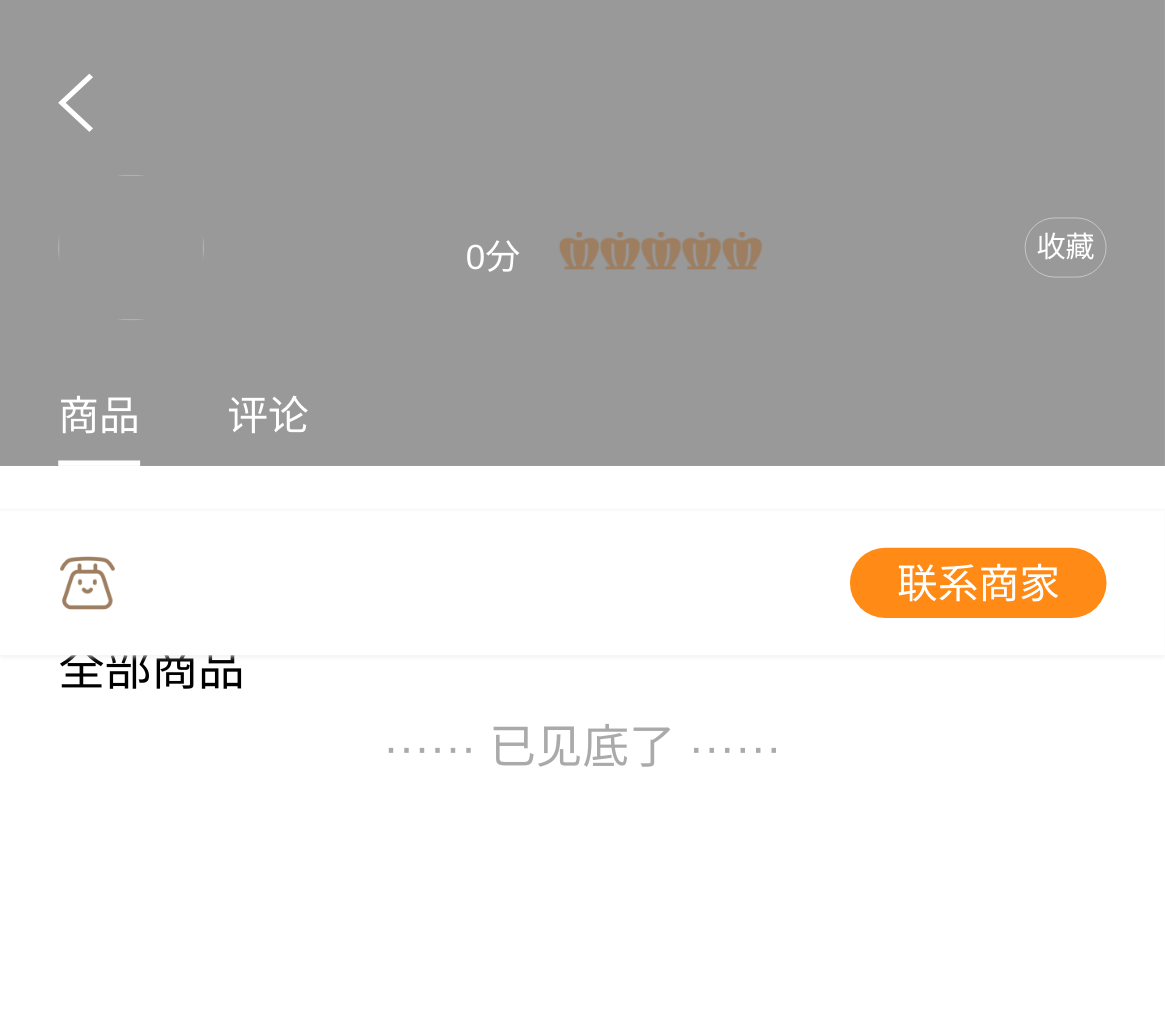
Repository: missing-star/rockBridge
Page: shop-detail.html
An editor plug-in stored every save of this project. The page is shown before and after the next save, followed by the edit.
The browser window is 1280 px wide. The pictures show the whole page, at 91% of full size.
The page's requests for data from a server got no answer.

Above is the page before, as saved 2019-05-23 15:34:50.

After the next save:
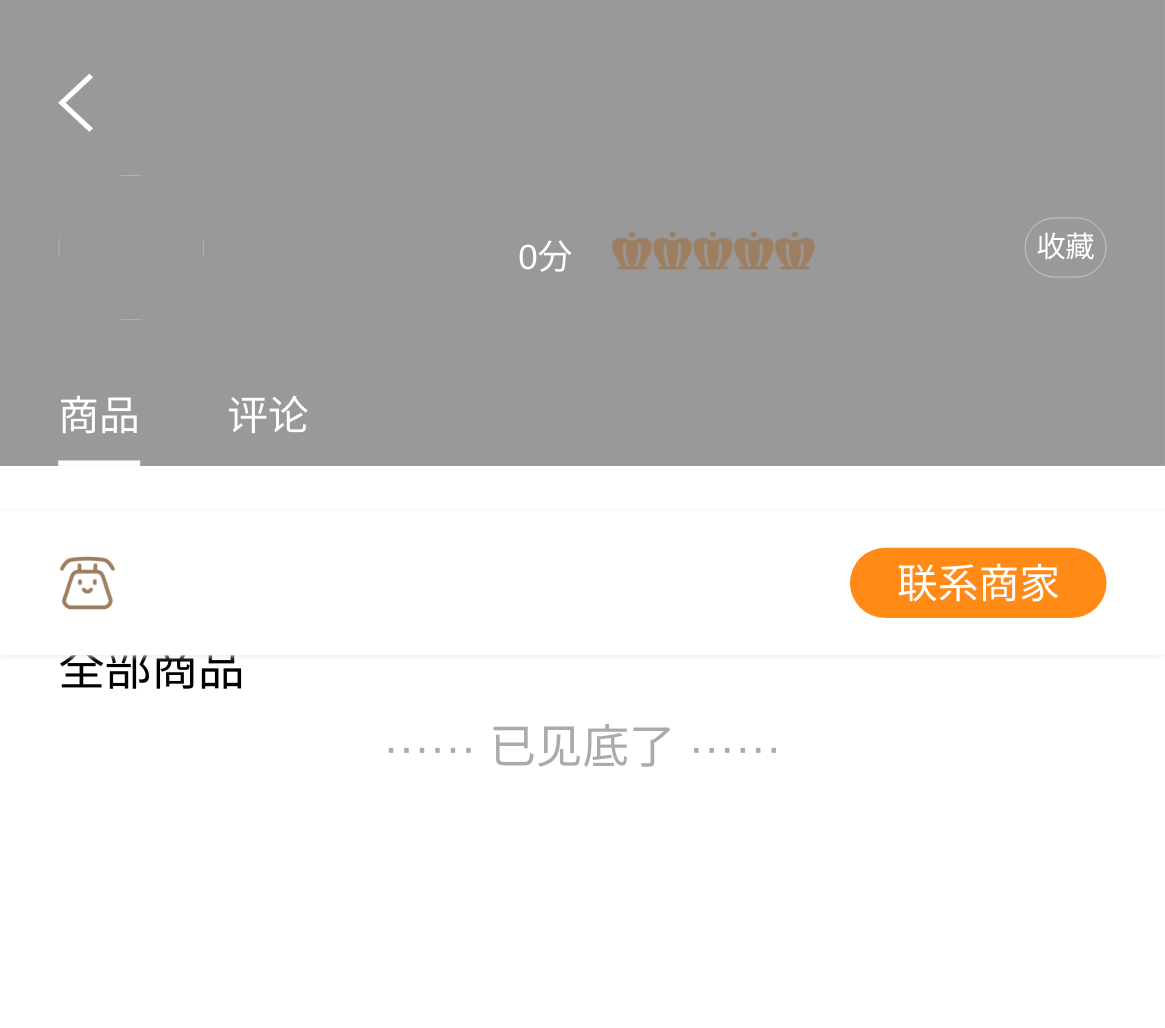
Saved 2 min 52 s later.
--- a/css/shop-detail.css
+++ b/css/shop-detail.css
@@ -645,3 +645,6 @@ img.show-img-item {
     height: 5rem;
     border-radius: 0.2rem;
 }
+.shop-title {
+    margin-left: 10%;
+}
